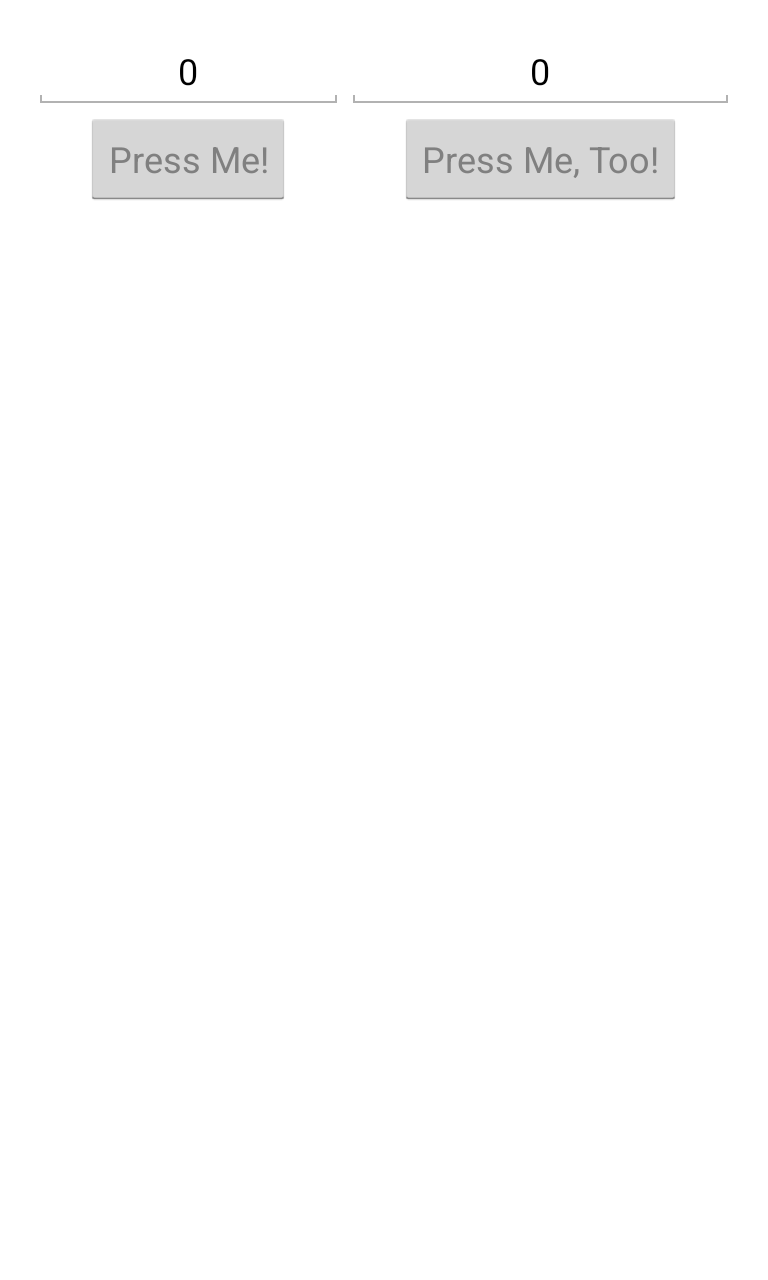
Repository: radupoenaru1992/Model
Layout: PracticalTest01/res/layout/activity_practical_test01_main.xml
The author's editor kept a copy of each file at every save. The layout is drawn from the files as they stood at one save, then again after the next save.
It is drawn on a 768 x 1280 px phone screen (xhdpi) without system bars, with theme AppTheme; the app's code is not run.

Above is the layout before, as saved 2015-03-29 17:08:56.

### PracticalTest01/res/layout/activity_practical_test01_main.xml
<LinearLayout xmlns:android="http://schemas.android.com/apk/res/android"
    xmlns:tools="http://schemas.android.com/tools"
    android:layout_width="match_parent"
    android:layout_height="match_parent"
    android:paddingBottom="@dimen/activity_vertical_margin"
    android:paddingLeft="@dimen/activity_horizontal_margin"
    android:paddingRight="@dimen/activity_horizontal_margin"
    android:paddingTop="@dimen/activity_vertical_margin"
    tools:context=".PracticalTest01MainActivity" >

    <LinearLayout
        android:layout_width="wrap_content"
    	android:layout_height="wrap_content"
    	android:layout_weight="1"
    	android:id="@+id/llaySt"
    	android:orientation="vertical"

        >

        <EditText
           android:layout_width="match_parent"
           android:layout_height="wrap_content"
           android:id="@+id/etSt"
           android:text="0"
           android:gravity="center"
           />

        <Button
            android:layout_width="wrap_content"
            android:layout_height="wrap_content"
            android:id="@+id/bSt"
            android:hint="Press Me!"
            android:layout_gravity="center"/>

    </LinearLayout>

    <LinearLayout
        android:layout_width="wrap_content"
    	android:layout_height="wrap_content"
    	android:layout_weight="1"
    	android:id="@+id/llayDr"
    	android:orientation="vertical"

        >

        <EditText
           android:layout_width="match_parent"
           android:layout_height="wrap_content"
           android:id="@+id/etDr"
           android:text="0"
           android:gravity="center"
           />

        <Button
            android:layout_width="wrap_content"
            android:layout_height="wrap_content"
            android:id="@+id/bDr"
            android:hint="Press Me, Too!"
            android:layout_gravity="center"/>

    </LinearLayout>

</LinearLayout>

Loaded but not shown: PracticalTest01/res/values/styles.xml (common file); PracticalTest01/res/values-v11/styles.xml (common file); PracticalTest01/res/values-v14/styles.xml (common file); PracticalTest01/res/values/dimens.xml (common file)

After the next save:
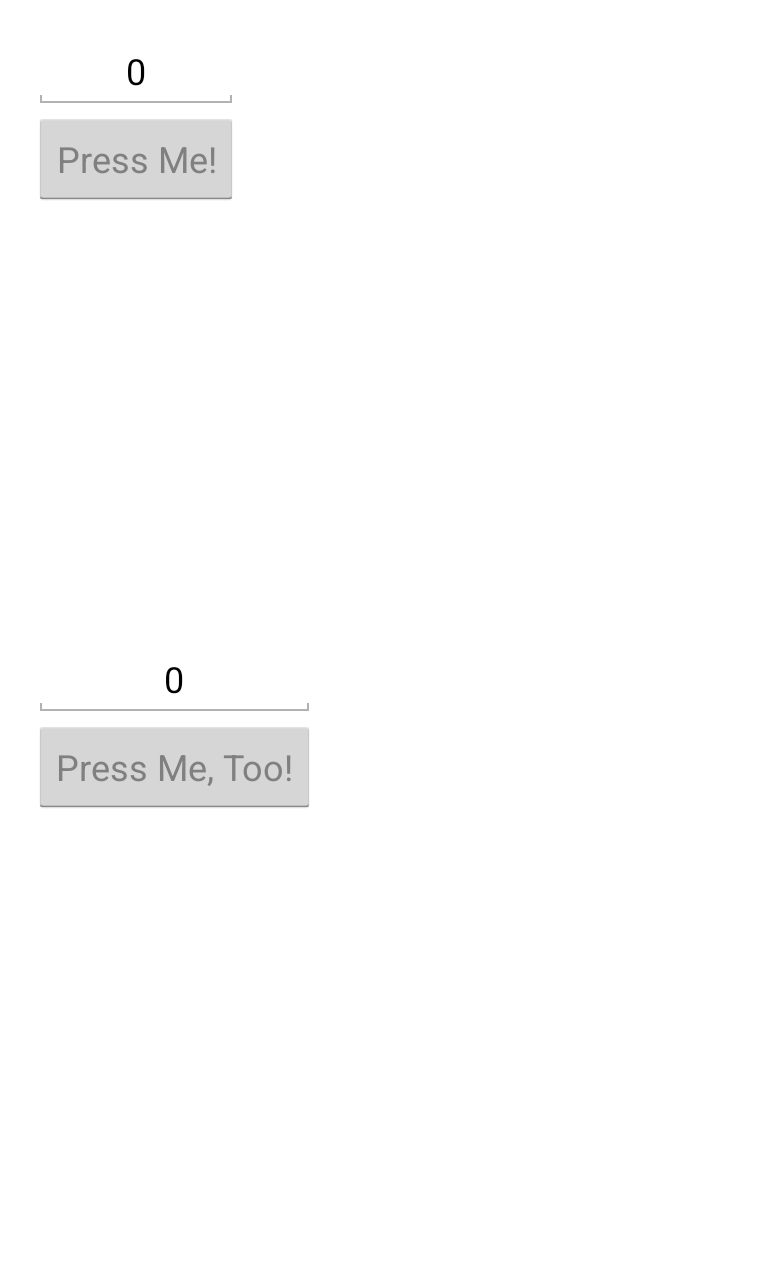
Saved 4 min 58 s later.
--- a/PracticalTest01/res/layout/activity_practical_test01_main.xml
+++ b/PracticalTest01/res/layout/activity_practical_test01_main.xml
@@ -6,7 +6,8 @@
     android:paddingLeft="@dimen/activity_horizontal_margin"
     android:paddingRight="@dimen/activity_horizontal_margin"
     android:paddingTop="@dimen/activity_vertical_margin"
-    tools:context=".PracticalTest01MainActivity" >
+    tools:context=".PracticalTest01MainActivity"
+    android:orientation="vertical">
 
     <LinearLayout
         android:layout_width="wrap_content"

After the save that followed:
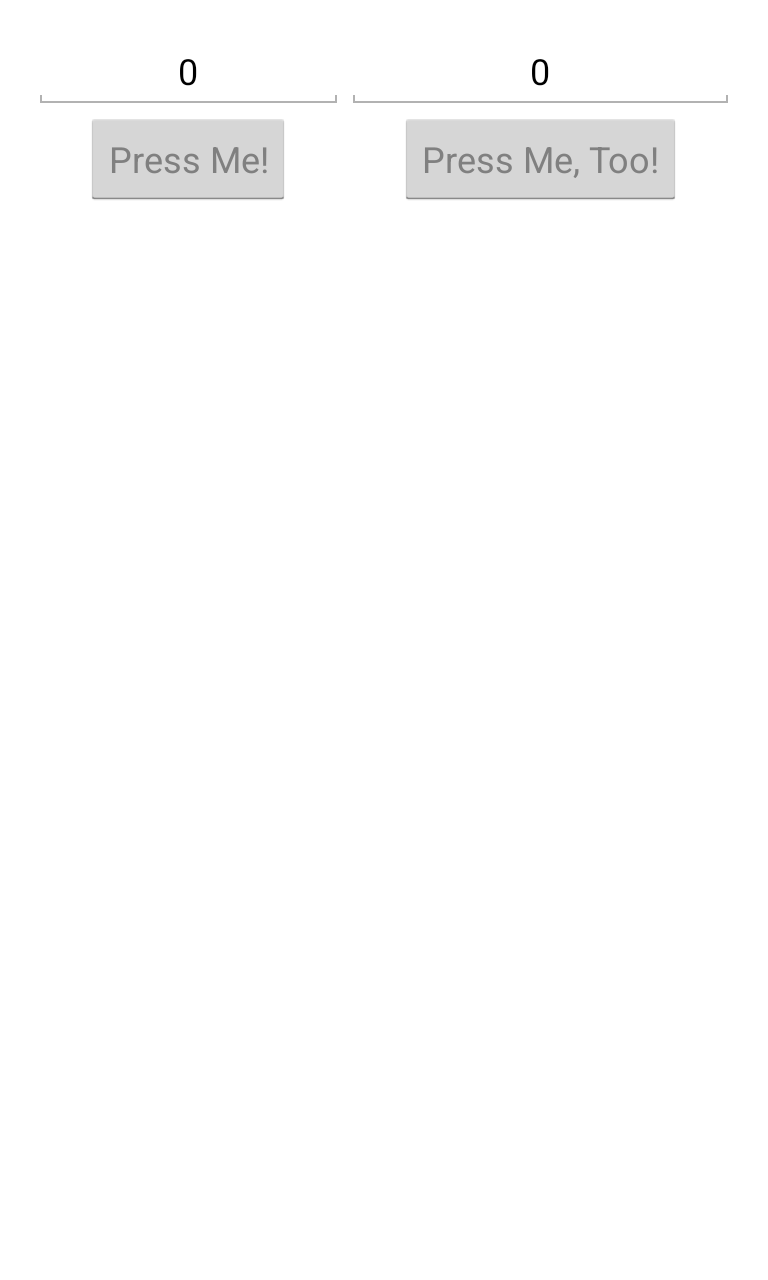
Saved 6 s later.
--- a/PracticalTest01/res/layout/activity_practical_test01_main.xml
+++ b/PracticalTest01/res/layout/activity_practical_test01_main.xml
@@ -6,8 +6,7 @@
     android:paddingLeft="@dimen/activity_horizontal_margin"
     android:paddingRight="@dimen/activity_horizontal_margin"
     android:paddingTop="@dimen/activity_vertical_margin"
-    tools:context=".PracticalTest01MainActivity"
-    android:orientation="vertical">
+    tools:context=".PracticalTest01MainActivity" >
 
     <LinearLayout
         android:layout_width="wrap_content"
